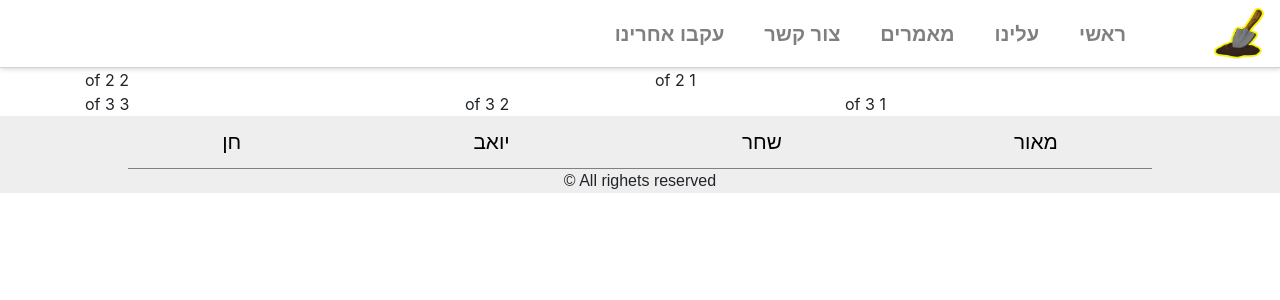
Repository: yoavBenZion/Blog-Zubi
Page: articlesPage.html
These files come from the project's save history. The page is drawn as it stood at one moment and after the next save; the edit follows.
The browser window is 1280 px wide. The pictures show the whole page.
Some web fonts or font styles are not loaded; a fallback is used. Some web libraries are served in a nearby version.

Above is the page before, as saved 2017-10-26 11:24:37.

### articlesPage.html
<!DOCTYPE html>
<html lang="he">

<head>
    <meta charset="UTF-8">
    <meta name="viewport" content="width=device-width, initial-scale=1,user-scalable=no;">
    <title>החופרים</title>
    <link rel="stylesheet" href="https://maxcdn.bootstrapcdn.com/bootstrap/4.0.0-beta/css/bootstrap.min.css" integrity="sha384-/Y6pD6FV/Vv2HJnA6t+vslU6fwYXjCFtcEpHbNJ0lyAFsXTsjBbfaDjzALeQsN6M"
        crossorigin="anonymous">
    <link rel="stylesheet" href="https://maxcdn.bootstrapcdn.com/bootstrap/4.0.0-beta.2/css/bootstrap.min.css" integrity="sha384-PsH8R72JQ3SOdhVi3uxftmaW6Vc51MKb0q5P2rRUpPvrszuE4W1povHYgTpBfshb"
        crossorigin="anonymous">

    <script src="https://code.jquery.com/jquery-3.2.1.slim.min.js" integrity="sha384-KJ3o2DKtIkvYIK3UENzmM7KCkRr/rE9/Qpg6aAZGJwFDMVNA/GpGFF93hXpG5KkN"
        crossorigin="anonymous"></script>
    <script src="https://cdnjs.cloudflare.com/ajax/libs/popper.js/1.12.3/umd/popper.min.js" integrity="sha384-vFJXuSJphROIrBnz7yo7oB41mKfc8JzQZiCq4NCceLEaO4IHwicKwpJf9c9IpFgh"
        crossorigin="anonymous"></script>
    <script src="https://maxcdn.bootstrapcdn.com/bootstrap/4.0.0-beta.2/js/bootstrap.min.js" integrity="sha384-alpBpkh1PFOepccYVYDB4do5UnbKysX5WZXm3XxPqe5iKTfUKjNkCk9SaVuEZflJ"
        crossorigin="anonymous"></script>
    <link rel="stylesheet" href="css/Gridrispon.css" type="text/css">
    <link rel="stylesheet" href="css/header.css" type="text/css">
    <link rel="stylesheet" href="css/PopupRispon.css">
    <link rel="stylesheet" href="css/footer.css">
</head>

<body dir="rtl">
    <header>

        <nav class="navbar navbar-expand-sm navbar-light bg-faded">
            <button class="navbar-toggler" type="button" data-toggle="collapse" data-target="#nav-content" aria-controls="nav-content"
                aria-expanded="false" aria-label="Toggle navigation">
                <span class="navbar-toggler-icon"></span>
            </button>
            <div class="logo">
                <img src="./img/shovel-575661_1280.png">
            </div>
            <!-- Brand -->
            <a class="navbar-brand" href="#"> </a>

            <!-- Links -->
            <div class="collapse navbar-collapse" id="nav-content">
                <ul class="navbar-nav">
                    <li class="nav-item">
                        <a class="nav-link" href="#1">ראשי</a>
                    </li>
                    <li class="nav-item">
                        <a class="nav-link" href="#2">עלינו</a>
                    </li>
                    <li class="nav-item">
                        <a class="nav-link" href="#5">מאמרים</a>
                    </li>
                    <li class="nav-item">
                        <a class="nav-link" href="contact.html">צור קשר</a>
                    </li>
                    <li class="nav-item">
                        <a class="nav-link" href="subscribe.html">עקבו אחרינו</a>
                    </li>
                </ul>

            </div>

        </nav>

    </header>

    <body>
        <div class="container">
            <div class="row">
                <div class="col">
                    1 of 2
                </div>
                <div class="col">
                    2 of 2
                </div>
            </div>
            <div class="row">
                <div class="col">
                    1 of 3
                </div>
                <div class="col">
                    2 of 3
                </div>
                <div class="col">
                    3 of 3
                </div>
            </div>
        </div>

        <footer id="footer">
            <ul>
                <li class="box">
                    <a class="button" href="#popup3">
                        מאור
                    </a>
                </li>
                <li class="box">
                    <a class="button" href="#popup2">
                        שחר
                    </a>
                </li>
                <li class="box">
                    <a class="button" href="#popup1">
                        יואב
                    </a>
                </li>
                <li>
                    <a class="button" href="#popup4">
                        חן
                    </a>
                </li>
            </ul>
            </div>
            <!--yoav popup-->
            <div id="popup1" class="overlay">
                <div class="popup">
                    <h2>Yoav Benzion</h2>
                    <a class="close" href="#footer">&times;</a>
                    <div class="content">
                        <div class="footer-social-icons">
                            <img class="avatar" src="img/yoav.jfif">
                            <p>front end web developer</p>
                            <h4 class="_14">Follow me on:</h4>
                            <ul class="social-icons">
                                <li>
                                    <a href="https://www.facebook.com/yoav.benzion.5" target="_blank" class="social-icon">
                                        <i class="fa fa-facebook"></i>
                                    </a>
                                </li>
                                <li>
                                    <a href="https://twitter.com/Yoav_BenZion" target="_blank" class="social-icon">
                                        <i class="fa fa-twitter"></i>
                                    </a>
                                </li>
                                <li>
                                    <a href="https://github.com/yoavBenZion" target="_blank" class="social-icon">
                                        <i class="fa fa-github"></i>
                                    </a>
                                </li>
                                <li>
                                    <a href="https://codepen.io/yoavBZ/" target="_blank" class="social-icon">
                                        <i class="fa fa-codepen"></i>
                                    </a>
                                </li>
                                <li>
                                    <a href="https://www.linkedin.com/in/yoav-benzion-45818360/" target="_blank" class="social-icon">
                                        <i class="fa fa-linkedin"></i>
                                    </a>
                                </li>
                                <li>
                                    <a href="https://stackoverflow.com/users/8386160/yoav-b" target="_blank" class="social-icon">
                                        <i class="fa fa-stack-overflow"></i>
                                    </a>
                                </li>
                            </ul>
                        </div>
                    </div>
                </div>
            </div>
            <!--Shachar popup-->
            <div id="popup2" class="overlay">
                <div class="popup">
                    <h2>Shachar</h2>
                    <a class="close" href="#footer">&times;</a>
                    <div class="content">
                        <div class="footer-social-icons">
                            <img class="avatar" src="img/kid.jpg">
                            <p>front end web developer</p>
                            <h4 class="_14">Follow me on:</h4>
                            <ul class="social-icons">
                                <li>
                                    <a href="" class="social-icon">
                                        <i class="fa fa-facebook"></i>
                                    </a>
                                </li>
                                <li>
                                    <a href="" class="social-icon">
                                        <i class="fa fa-twitter"></i>
                                    </a>
                                </li>
                                <li>
                                    <a href="" class="social-icon">
                                        <i class="fa fa-github"></i>
                                    </a>
                                </li>
                                <li>
                                    <a href="" class="social-icon">
                                        <i class="fa fa-codepen"></i>
                                    </a>
                                </li>
                                <li>
                                    <a href="" class="social-icon">
                                        <i class="fa fa-linkedin"></i>
                                    </a>
                                </li>
                                <li>
                                    <a href="" class="social-icon">
                                        <i class="fa fa-stack-overflow"></i>
                                    </a>
                                </li>
                            </ul>
                        </div>
                    </div>
                </div>
            </div>

            <!--Maor popup-->

            <div id="popup3" class="overlay">
                <div class="popup">
                    <h2>Maor</h2>
                    <a class="close" href="#footer">&times;</a>
                    <div class="content">
                        <div class="footer-social-icons">
                            <img class="avatar" src="img/mona.jpg">
                            <p>front end web developer</p>
                            <h4 class="_14">Follow me on:</h4>
                            <ul class="social-icons">
                                <li>
                                    <a href="" class="social-icon">
                                        <i class="fa fa-facebook"></i>
                                    </a>
                                </li>
                                <li>
                                    <a href="" class="social-icon">
                                        <i class="fa fa-twitter"></i>
                                    </a>
                                </li>
                                <li>
                                    <a href="" class="social-icon">
                                        <i class="fa fa-github"></i>
                                    </a>
                                </li>
                                <li>
                                    <a href="" class="social-icon">
                                        <i class="fa fa-codepen"></i>
                                    </a>
                                </li>
                                <li>
                                    <a href="" class="social-icon">
                                        <i class="fa fa-linkedin"></i>
                                    </a>
                                </li>
                                <li>
                                    <a href="" class="social-icon">
                                        <i class="fa fa-stack-overflow"></i>
                                    </a>
                                </li>
                            </ul>
                        </div>
                    </div>
                </div>
            </div>

            <!--Chen popup-->
            <div id="popup4" class="overlay">
                <div class="popup">
                    <h2>Chen Ginsberg</h2>
                    <a class="close" href="#footer">&times;</a>
                    <div class="content">
                        <!--          <div class="footer-social-icons">-->
                        <img class="avatar" src="img/MINER.jpg">
                        <p>front end web developer</p>
                        <h4 class="_14">Follow me on:</h4>
                        <ul class="social-icons">
                            <li>
                                <a href="https://www.facebook.com/chenogi" class="social-icon">
                                    <i class="fa fa-facebook"></i>
                                </a>
                            </li>
                            <li>
                                <a href="https://github.com/ChenGinsberg?" class="social-icon">
                                    <i class="fa fa-github"></i>
                                </a>
                            </li>
                            <li>
                                <a href="https://www.linkedin.com/in/chen-ginsberg-8829a713b/" class="social-icon">
                                    <i class="fa fa-linkedin"></i>
                                </a>
                            </li>
                            <li>
                                <a href="https://stackoverflow.com/users/8377318/chen-ginsberg" class="social-icon">
                                    <i class="fa fa-stack-overflow"></i>
                                </a>
                            </li>
                        </ul>
                    </div>
                </div>
            </div>



            <div class="footer-bottem" dir="ltr">&copy; All righets reserved </div>
        </footer>
        <script src="https://code.jquery.com/jquery-3.2.1.slim.min.js" integrity="sha384-KJ3o2DKtIkvYIK3UENzmM7KCkRr/rE9/Qpg6aAZGJwFDMVNA/GpGFF93hXpG5KkN"
            crossorigin="anonymous"></script>
        <script src="https://cdnjs.cloudflare.com/ajax/libs/popper.js/1.11.0/umd/popper.min.js" integrity="sha384-b/U6ypiBEHpOf/4+1nzFpr53nxSS+GLCkfwBdFNTxtclqqenISfwAzpKaMNFNmj4"
            crossorigin="anonymous"></script>
        <script src="https://maxcdn.bootstrapcdn.com/bootstrap/4.0.0-beta/js/bootstrap.min.js" integrity="sha384-h0AbiXch4ZDo7tp9hKZ4TsHbi047NrKGLO3SEJAg45jXxnGIfYzk4Si90RDIqNm1"
            crossorigin="anonymous"></script>
    </body>

</html>

### css/footer.css
@import url(http://fonts.googleapis.com/earlyaccess/alefhebrew.css);
footer {
  background-color: #eee;
  text-align: center;
  font-family: "Alef Hebrew", sans-serif;
  font-size: 1.3rem;
}

footer ul {
  display: flex;
  flex-direction: row;
  padding-right: 0;
  justify-content: space-evenly;
}

footer ul>li {
  list-style: none;
  padding: 10px;
  /*  background-color: #29C3FF;*/
}

footer ul>li:nth-child(odd) {
  color: #93A2A8;
}

footer ul>li:nth-child(even) {
  color: #E2DDE7;
}

footer ul>li:hover {
  background-color: #fff;
  /*  flex: 1;*/
  /*  font-size: 1.5rem;*/
  color: #E2DD11;
  /*  background-repeat: no-repeat;*/
}


/*
footer ul {
  display: grid;
  grid-template-columns: repeat(4, 1fr);
  grid-auto-rows:minmax(50px, auto);
  margin-right: -40px;
 grid-gap: 0.5em;
}
*/

.about,
.footer-bottem {
  text-align: center;
  width: 80%;
  margin: 0 auto;
}

.about {
  border-bottom: 1px dotted black;
}

.footer-bottem {
  border-top: 0.5px solid grey;
  font-size: 1rem;
}

Loaded but not shown: css/PopupRispon.css (986 lines, source omitted); css/Gridrispon.css (977 lines, source omitted); css/header.css (no stored copy; drawn as an empty file)

After the next save:
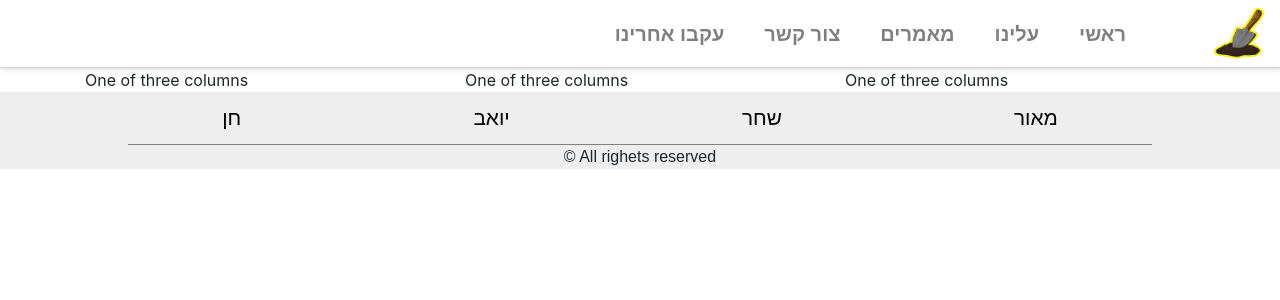
Saved 31 s later.
--- a/articlesPage.html
+++ b/articlesPage.html
@@ -65,22 +65,14 @@
     <body>
         <div class="container">
             <div class="row">
-                <div class="col">
-                    1 of 2
-                </div>
-                <div class="col">
-                    2 of 2
-                </div>
-            </div>
-            <div class="row">
-                <div class="col">
-                    1 of 3
-                </div>
-                <div class="col">
-                    2 of 3
-                </div>
-                <div class="col">
-                    3 of 3
+                <div class="col-sm">
+                    One of three columns
+                </div>
+                <div class="col-sm">
+                    One of three columns
+                </div>
+                <div class="col-sm">
+                    One of three columns
                 </div>
             </div>
         </div>
